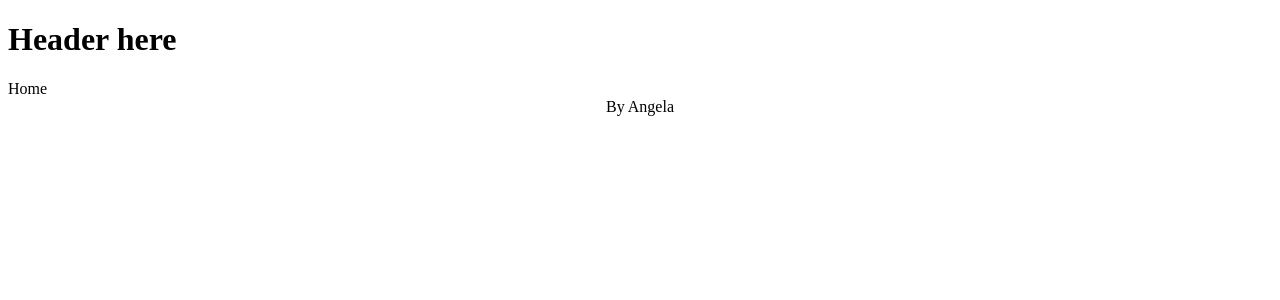
Repository: y-w-lee/class-3
Page: /ExampleTwo
The author's editor kept a copy of each file at every save. The page is drawn from the files as they stood at one save, then again after a run of saves.
The browser window is 1280 px wide. The pictures show the whole page.
The project was rebuilt for these pictures with package versions that can differ from the ones it lists, and the page was loaded fresh each time. The framework's server and built-in components were replaced by stand-ins that run in the browser. Also part of the build but not shown: next.config.js.

Above is the page before, as saved 2024-01-18 00:10:51.

### pages/ExampleTwo.js
import {useEffect} from "react"
import Header from "@/components/Header"
import Footer from "@/components/Footer"

export default function ExampleTwo() {
    return (
        <>
        <Header/>

        <main>

        </main>

        <Footer/>
        </>
    )
}

### styles/globals.css
:root {

}


a {
  color: inherit;
  text-decoration: none;
}

### components/Header/index.js
import Link from 'next/link'

export default function Header () {
    return (
        <header>
            <h1>Header here</h1>
            <Link href='/'>Home</Link>
        </header>
    )
}

### components/Footer/index.js
import styles from "./Footer.module.css"

export default function Footer () {
    return (
        <footer className={styles.footer}>
            By Angela
        </footer>
    )
}

### components/Footer/Footer.module.css
.footer {
    display: flex;
    justify-content: center;
}

Loaded but not shown: pages/_app.js (common file); pages/_document.js (common file)

After the next 2 saves:
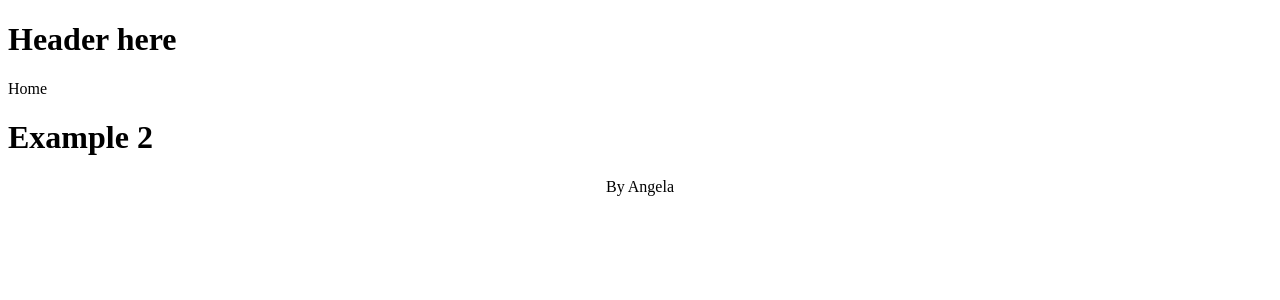
The 2 saves are shown as one change because 1 did not build or start.
The last was saved 9 s later.
--- a/pages/ExampleTwo.js
+++ b/pages/ExampleTwo.js
@@ -8,7 +8,7 @@ export default function ExampleTwo() {
         <Header/>
 
         <main>
-
+            <h1>Example 2</h1>
         </main>
 
         <Footer/>
